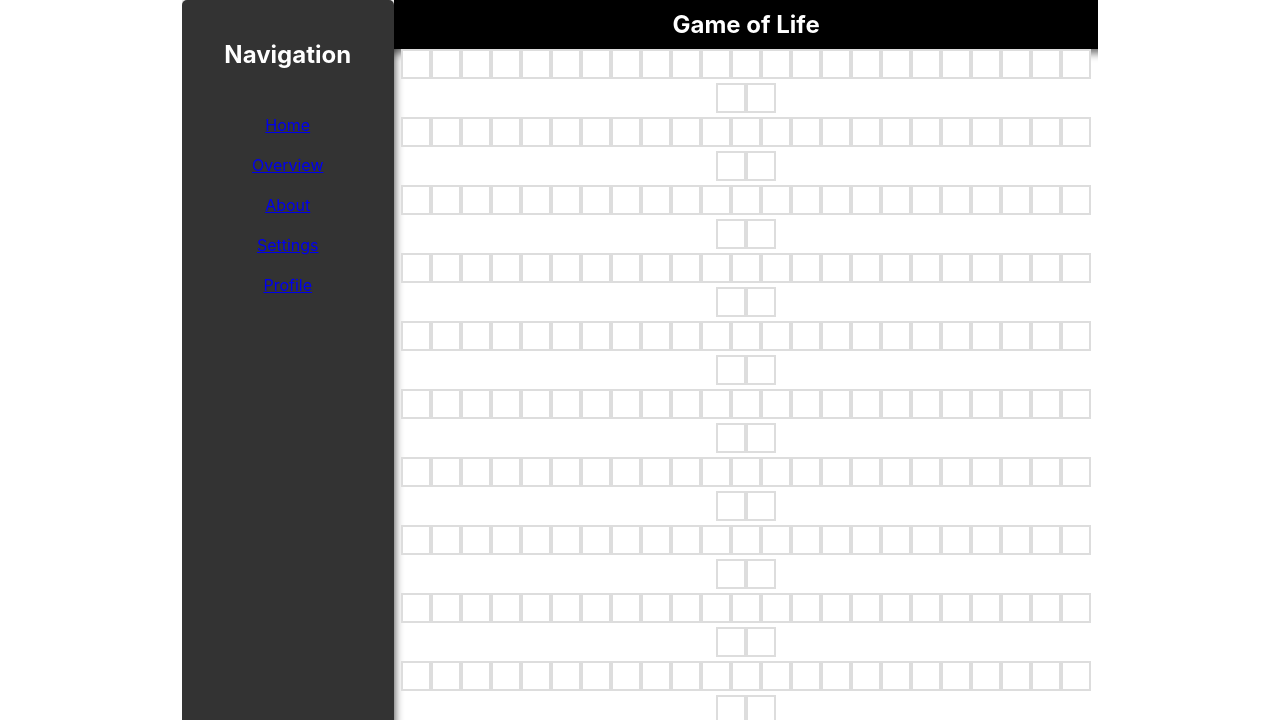
Repository: MarioDiekmann/GameOfLife
Page: /
An editor plug-in stored every save of this project. The page is shown before and after the next save, followed by the edit.
The browser window is 1280 px wide. The pictures show the whole page.
An inner scrolling area shows only its first screen. The project was rebuilt for these pictures with package versions that can differ from the ones it lists, and the page was loaded fresh each time. Also part of the build but not shown: src/components/InputForm.js, src/components/LoadPatternForm.js, src/components/RegistrationForm.js, src/components/LoginForm.js, src/pages/Overview.js.

Above is the page before, as saved 2024-11-06 22:55:48.

After the next save:
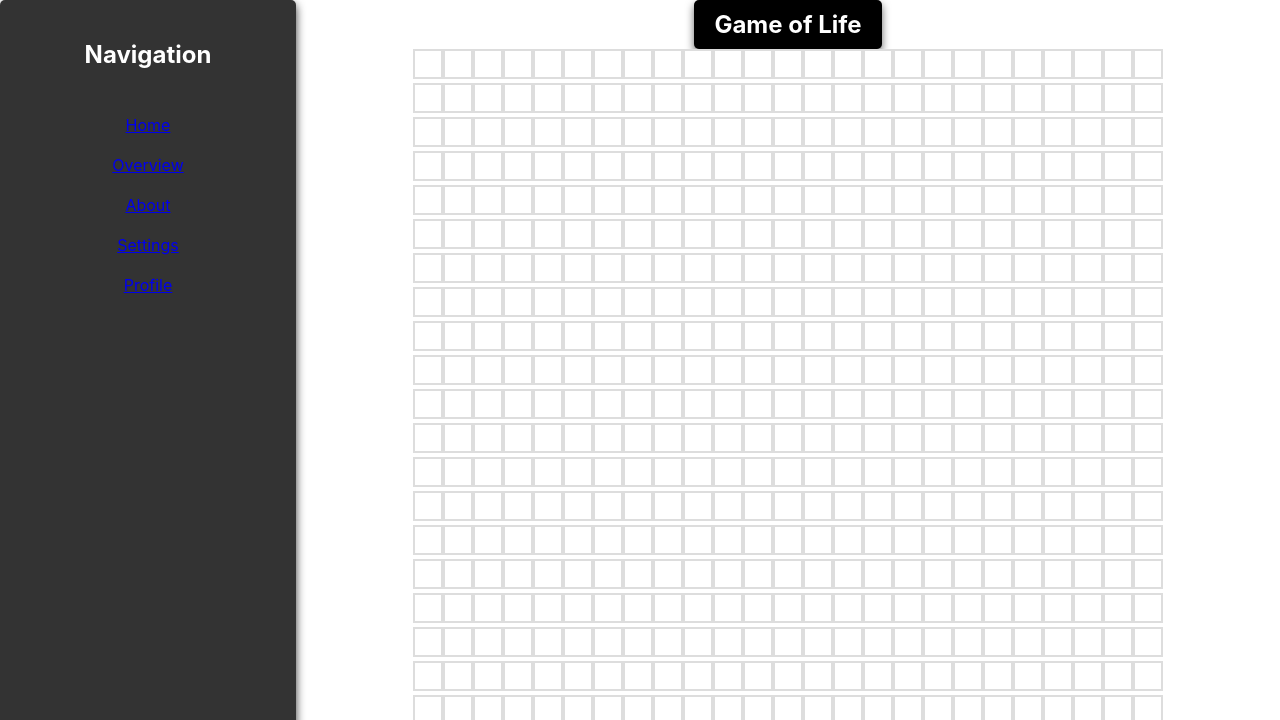
Saved 43 s later.
--- a/src/components/Game.js
+++ b/src/components/Game.js
@@ -280,58 +280,58 @@ const Game = () => {
     };
 
     return (
-        <div style={{ display: 'flex', height: '100vh' }}>
-            <NavBar />
-            <div style={{ flexGrow: 1, display: 'flex', flexDirection: 'column', alignItems: 'center', overflow: 'auto' }}>
-                <div className="banner">
-                    <h1>Game of Life</h1>
-                </div>
-                <div style={{ display: 'flex', flexDirection: 'column', alignItems: 'center' }}>
-                    {renderGrid()}
-                    <div className="button-container">
-                        <button className="button" onClick={isEvolving ? stopEvolution : startEvolution}>
-                            {isEvolving ? "Stop Evolution" : "Start Evolution"}
-                        </button>
-                        <button className="button reset-btn" onClick={resetGrid}>Reset Grid</button>
-                        <button className="button" onClick={makeFormVisible} disabled={!tokenPresent}>Save Pattern</button>
-                        <button className="button" onClick={makeRequestVisible} disabled={!tokenPresent}>Retrieve Pattern</button>
-                        <button className="button" onClick={makeRegistrationVisible}>Register</button>
-                        <button className="button" onClick={makeLoginVisible}>{token ? "Logout" : "Login"}</button>
+    <div style={{ display: 'flex', height: '100vh' }}>
+        <NavBar />
+        <div style={{ flexGrow: 1, display: 'flex', flexDirection: 'column', alignItems: 'center', overflow: 'auto' }}>
+            <div className="banner">
+                <h1>Game of Life</h1>
+            </div>
+            <div style={{ display: 'flex', flexDirection: 'column', alignItems: 'center' }}>
+                {renderGrid()}
+                <div className="button-container">
+                    <button className="button" onClick={isEvolving ? stopEvolution : startEvolution}>
+                        {isEvolving ? "Stop Evolution" : "Start Evolution"}
+                    </button>
+                    <button className="button reset-btn" onClick={resetGrid}>Reset Grid</button>
+                    <button className="button" onClick={makeFormVisible} disabled={!tokenPresent}>Save Pattern</button>
+                    <button className="button" onClick={makeRequestVisible} disabled={!tokenPresent}>Retrieve Pattern</button>
+                    <button className="button" onClick={makeRegistrationVisible}>Register</button>
+                    <button className="button" onClick={makeLoginVisible}>{token ? "Logout" : "Login"}</button>
+                </div>
+            </div>
+
+            {/* Conditional form popups */}
+            {isFormVisible && (
+                <div className="popup-overlay">
+                    <div className="popup-content">
+                        <InputForm pattern={initialPattern} onSubmit={closeForm} />
                     </div>
                 </div>
-
-                {/* Conditional form popups */}
-                {isFormVisible && (
-                    <div className="popup-overlay">
-                        <div className="popup-content">
-                            <InputForm pattern={initialPattern} onSubmit={closeForm} />
-                        </div>
+            )}
+            {patternRequested && (
+                <div className="popup-overlay">
+                    <div className="popup-content">
+                        <LoadPatternForm onSubmit={closeForm} dataHandling={retrievePattern} />
                     </div>
-                )}
-                {patternRequested && (
-                    <div className="popup-overlay">
-                        <div className="popup-content">
-                            <LoadPatternForm onSubmit={closeForm} dataHandling={retrievePattern} />
-                        </div>
+                </div>
+            )}
+            {registrationRequested && (
+                <div className="popup-overlay">
+                    <div className="popup-content">
+                        <RegistrationForm onSubmit={closeForm} />
                     </div>
-                )}
-                {registrationRequested && (
-                    <div className="popup-overlay">
-                        <div className="popup-content">
-                            <RegistrationForm onSubmit={closeForm} />
-                        </div>
+                </div>
+            )}
+            {loginRequested && (
+                <div className="popup-overlay">
+                    <div className="popup-content">
+                        <LoginForm onSubmit={closeLogin} />
                     </div>
-                )}
-                {loginRequested && (
-                    <div className="popup-overlay">
-                        <div className="popup-content">
-                            <LoginForm onSubmit={closeLogin} />
-                        </div>
-                    </div>
-                )}
-            </div>
+                </div>
+            )}
         </div>
-    );
+    </div>
+);
 
 };
 
--- a/src/components/Game.css
+++ b/src/components/Game.css
@@ -1,30 +1,21 @@
-/* Ensure the Game component fills the viewport */
+/* Ensures the Game component fills the viewport */
 html, body {
     height: 100%;
     margin: 0;
     overflow: hidden;
-    display: flex;
-    justify-content: center;
-    align-items: center;
 }
 
-#root {
+#root, .Game-container {
     height: 100%;
-    width: 100%;
     display: flex;
     flex-direction: column;
-    justify-content: center;
-    align-items: center;
 }
 
-/* Center button container and keep it visible */
+/* Center content and ensure full-screen fit */
 .button-container {
     display: flex;
     justify-content: center;
     margin-top: 10px;
-    flex-wrap: wrap;
-    max-width: 90%;
-    overflow: hidden;
 }
 
 .banner {
@@ -33,13 +24,11 @@ html, body {
     text-align: center;
     box-shadow: 0 4px 8px rgba(0, 0, 0, 0.6);
     border-radius: 5px;
-    width: 100%;
-    max-width: 800px;
 }
 
 .banner h1 {
     color: white;
-    font-size: 2em;
+    font-size: 2.5em;
     text-shadow: 2px 2px 5px rgba(0, 0, 0, 0.8);
     margin: 0;
 }
